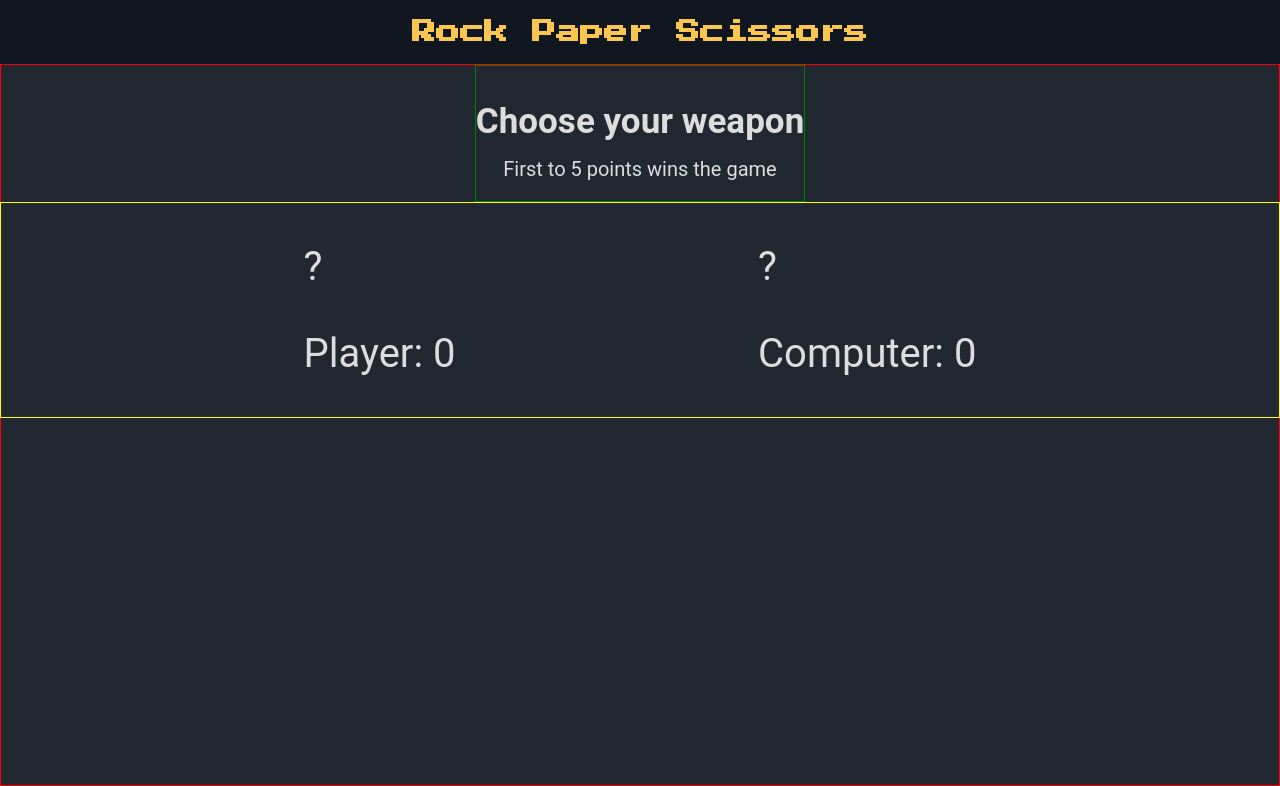
Repository: Aaryan-Poria/Rock-Paper-Scissors
Page: index.html
These files come from the project's save history. The page is drawn as it stood at one moment and after the next save; the edit follows.
The browser window is 1280 px wide. The pictures show the whole page.

Above is the page before, as saved 2023-08-22 22:47:51.

After the next save:
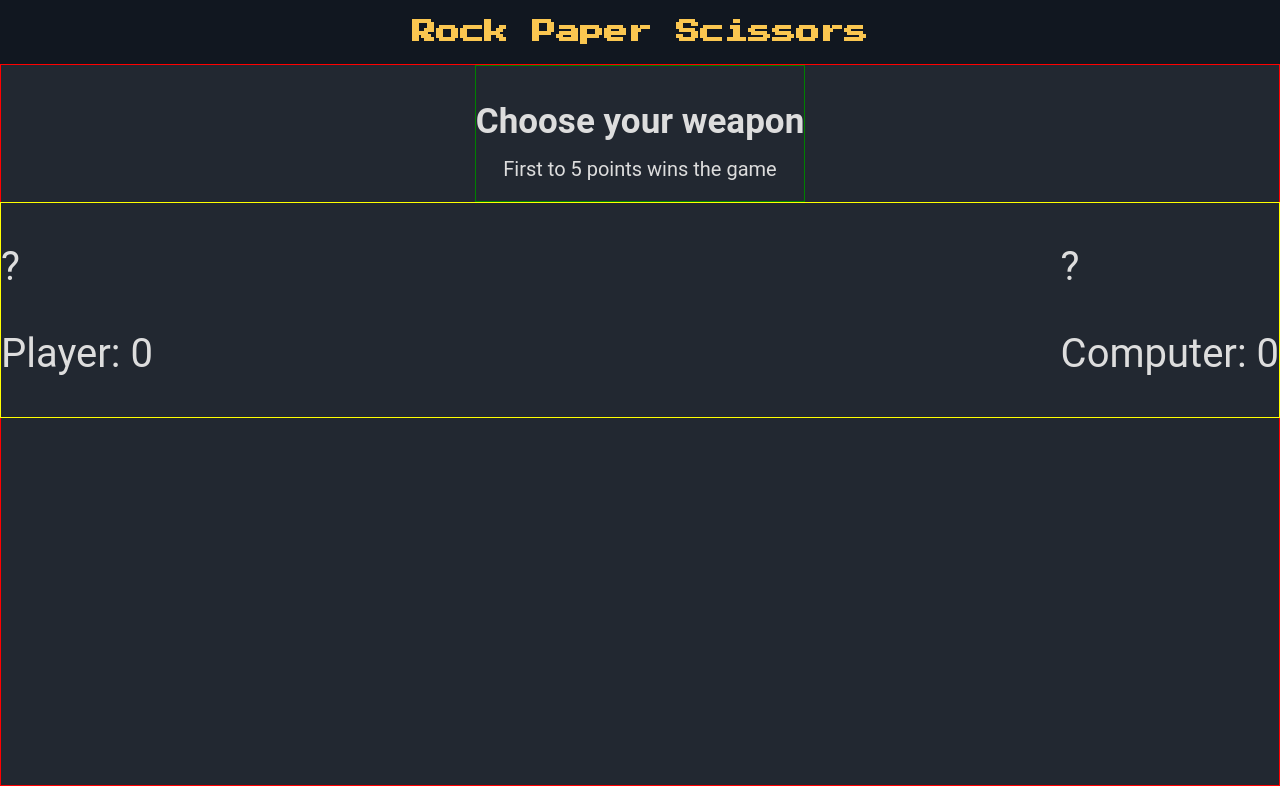
Saved 8 s later.
--- a/style.css
+++ b/style.css
@@ -46,6 +46,6 @@
   border: 1px solid yellow;
   display: flex;
   font-size: 40px;
-  justify-content: space-evenly;
+  justify-content: space-between;
   align-items: center;
 }

After the save that followed:
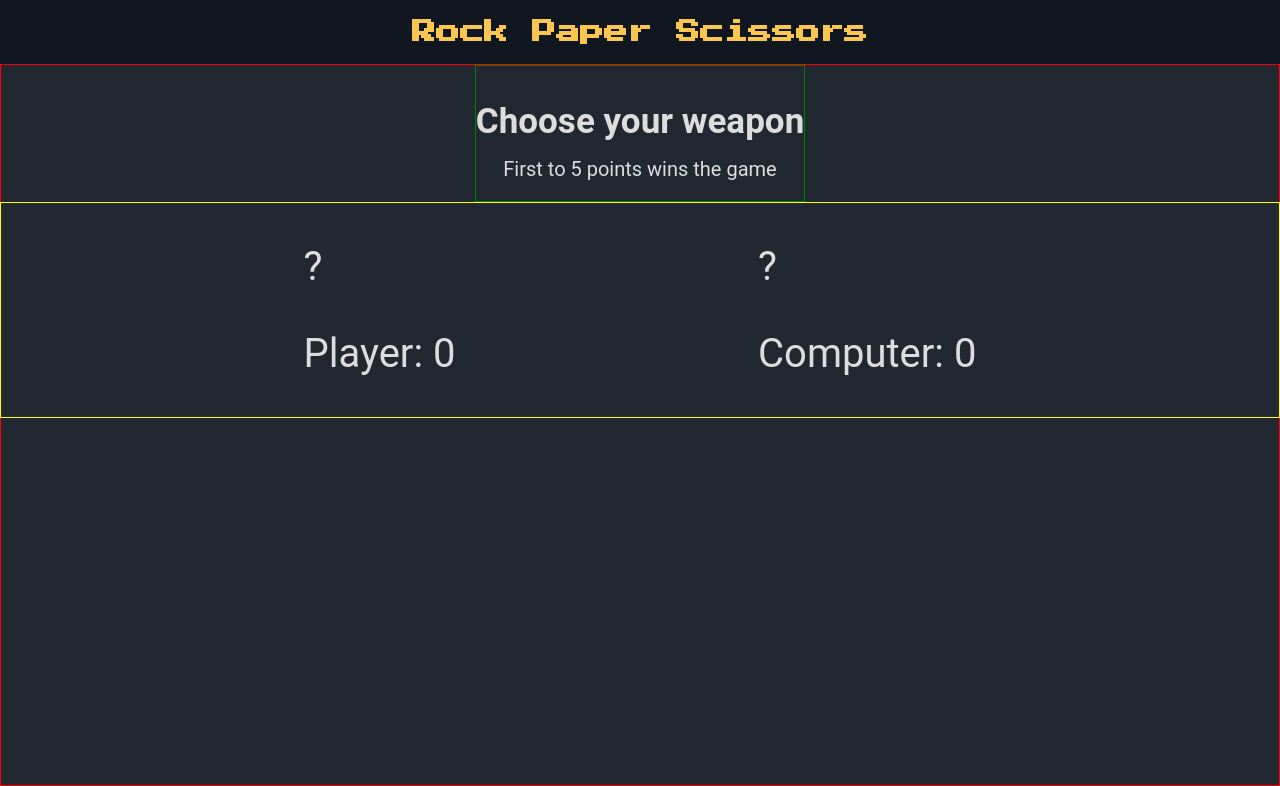
Saved 8 s later.
--- a/style.css
+++ b/style.css
@@ -46,6 +46,6 @@
   border: 1px solid yellow;
   display: flex;
   font-size: 40px;
-  justify-content: space-between;
+  justify-content: space-evenly;
   align-items: center;
 }
